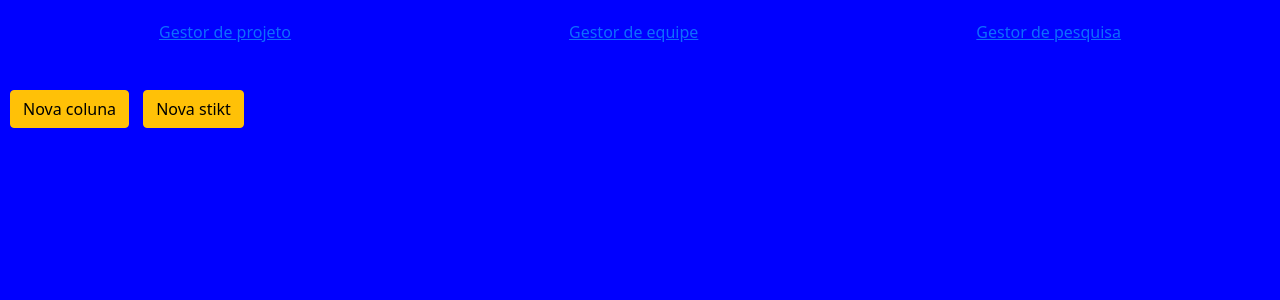
Repository: shadowruge/kanban
Page: index.html
The author's editor kept a copy of each file at every save. The page is drawn from the files as they stood at one save, then again after a run of saves.
The browser window is 1280 px wide. The pictures show the whole page.

Above is the page before, as saved 2021-06-12 19:19:52.

After the next 3 saves:
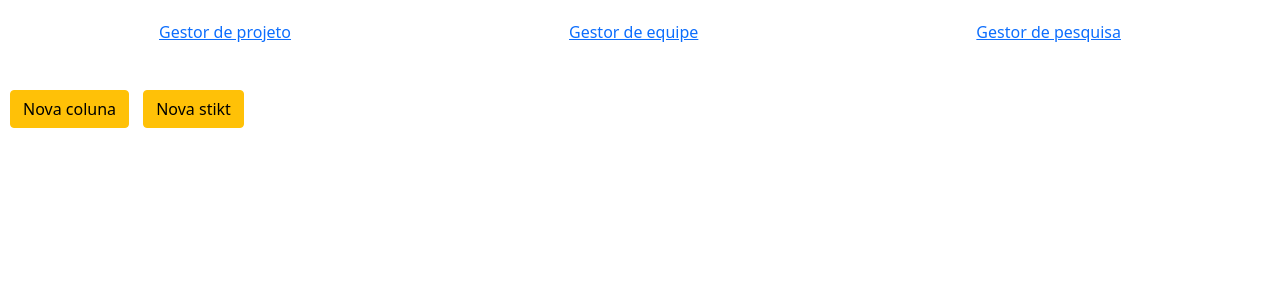
The 3 saves are shown as one change because they came seconds apart.
The last was saved 10 s later.
--- a/style.css
+++ b/style.css
@@ -3,6 +3,8 @@
   padding: 0;
   border: 0;
 }
+
+header
 
 body{
   background-color:blue;

After the save that followed:
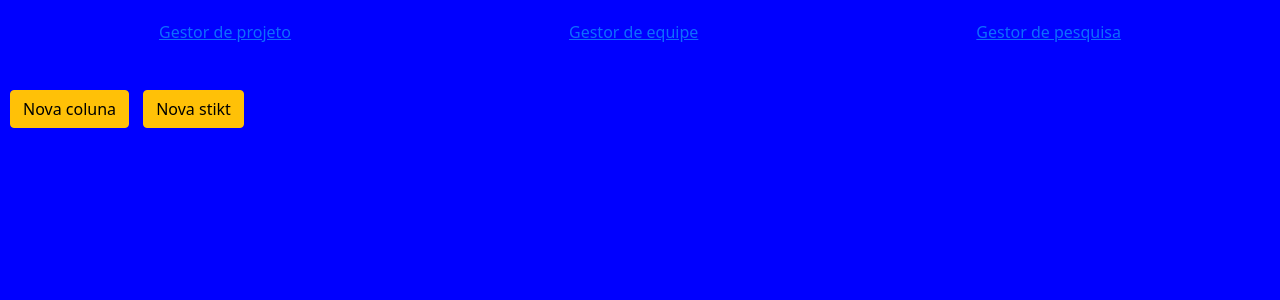
Saved 5 s later.
--- a/style.css
+++ b/style.css
@@ -4,7 +4,9 @@
   border: 0;
 }
 
-header
+header{
+
+}
 
 body{
   background-color:blue;
